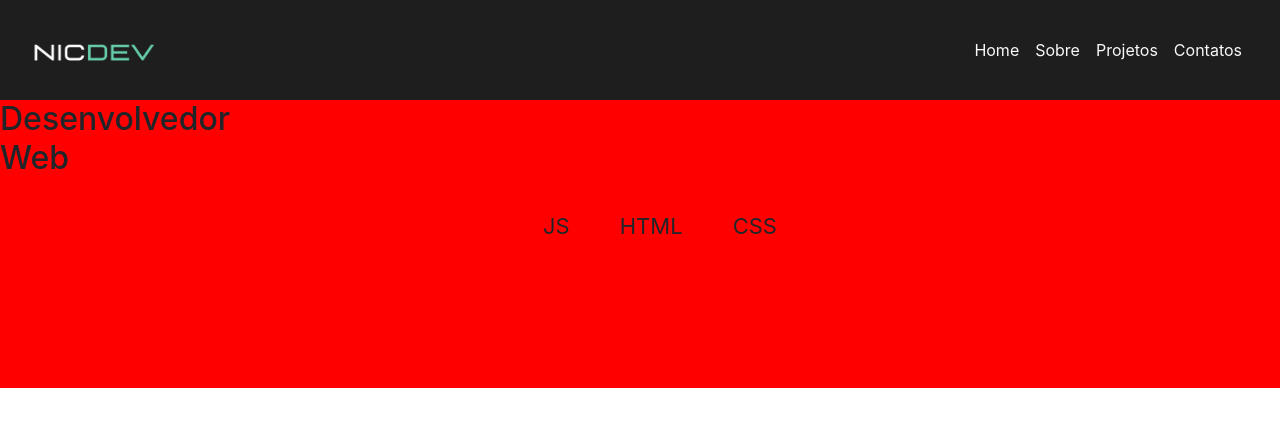
Repository: Leonngc/nicdev
Page: index.html
The author's editor kept a copy of each file at every save. The page is drawn from the files as they stood at one save, then again after a run of saves.
The browser window is 1280 px wide. The pictures show the whole page.

Above is the page before, as saved 2023-04-12 23:24:40.

After the next 2 saves:
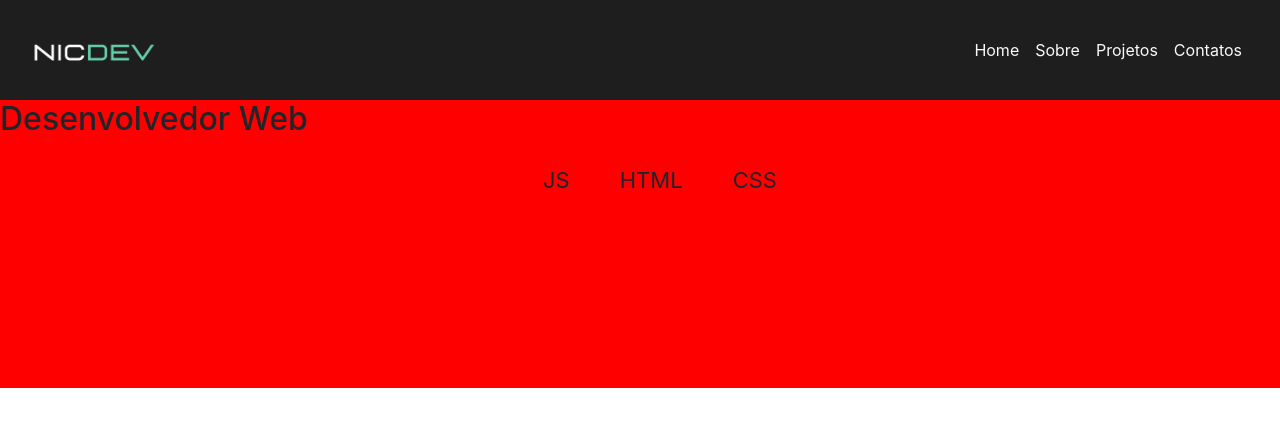
The 2 saves are shown as one change because they came seconds apart.
The last was saved 8 s later.
--- a/styles/gradiente.css
+++ b/styles/gradiente.css
@@ -9,7 +9,7 @@
 }
 
 .contain > h2{
-    width: 20vw;
+    display: inline;
 }
 
 .contain > ul{
